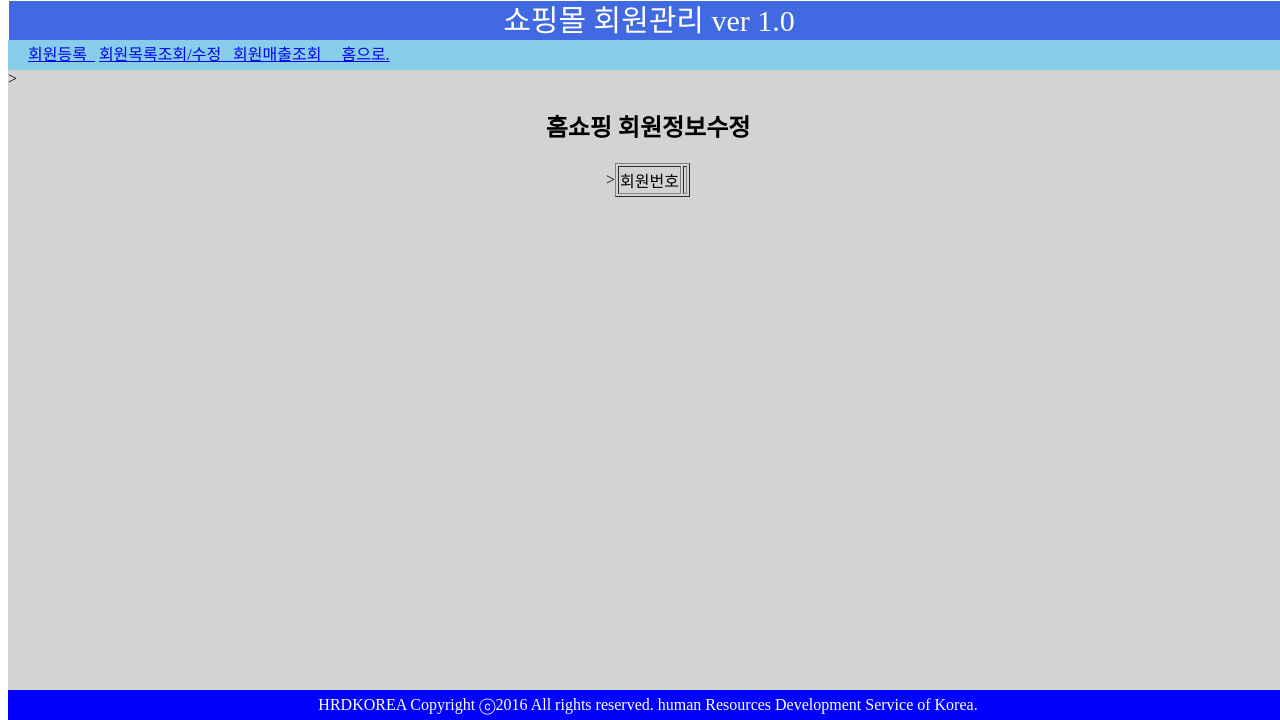
Repository: GotChun/license_practice
Page: http://localhost/HRD_8155/modify.jsp
An editor plug-in stored every save of this project. The page is shown before and after the next save, followed by the edit.
The browser window is 1280 px wide. The pictures show the whole page.
The page is served by Tomcat 9. Other server files are loaded and not shown.

Above is the page before, as saved 2025-02-20 11:31:10.

### HRD_8155/src/main/webapp/modify.jsp
<%@ page language="java" contentType="text/html; charset=UTF-8"
	pageEncoding="UTF-8"%>
<!DOCTYPE html>
<html>
<head>
<meta charset="UTF-8">
<title>Insert title here</title>
</head>
<body>
	<jsp:include page="header.jsp"></jsp:include>

	<section style="position: fixed; top: 70px; width: 100%; height: 100%; background-color: lightgray;">>
			<h2 style="text-align: center;"><b>홈쇼핑 회원정보수정</b>	</h2>

			<form style="display: flex; justify-content: center; align-items: center; text-align: center;">>
			<table border="1">
				<tr>
					<td>회원번호</td>
					<td></td>
				</tr>
			</table>
			</form>

	</section>

	<jsp:include page="footer.jsp"></jsp:include>
</body>
</html>

### HRD_8155/src/main/webapp/header.jsp
<%@ page language="java" contentType="text/html; charset=UTF-8"
    pageEncoding="UTF-8"%>
<!DOCTYPE html>
<html>
<head>
<meta charset="UTF-8">
<title>header</title>
</head>
<body>

	<header style=" position: fixed; top:0px; width: 100%; height:40px;
	 border:1px solid; background-color:royalblue; text-align: center; line-height:40px; font-size:30px; color:white;">쇼핑몰 회원관리 ver 1.0	</header>

	 <nav style="position:fixed; top:40px; width:100%; height:30px; line-height:30px;
	 background-color:skyblue; color:white; padding-left:20px;">
	 <a href="join.jsp">회원등록&nbsp;&nbsp;</a>
	  <a href="list.jsp">회원목록조회/수정&nbsp;&nbsp;  </a>
	  <a href="salary.jsp">회원매출조회&nbsp;&nbsp;&nbsp;&nbsp;  </a>
	  <a href="index.jsp">홈으로. </a>
	 </nav>

</body>
</html>

### HRD_8155/src/main/webapp/footer.jsp
<%@ page language="java" contentType="text/html; charset=UTF-8"
    pageEncoding="UTF-8"%>
<!DOCTYPE html>
<html>
<head>
<meta charset="UTF-8">
<title>footer</title>
</head>
<body>
	 <footer style=" position:fixed; bottom:0px; text-align:center; width:100%; height:30px; background-color:blue; line-height:30px; color:white;">
	 HRDKOREA Copyright ⓒ2016 All rights reserved. human Resources Development Service of Korea. </footer>
</body>
</html>

After the next save:
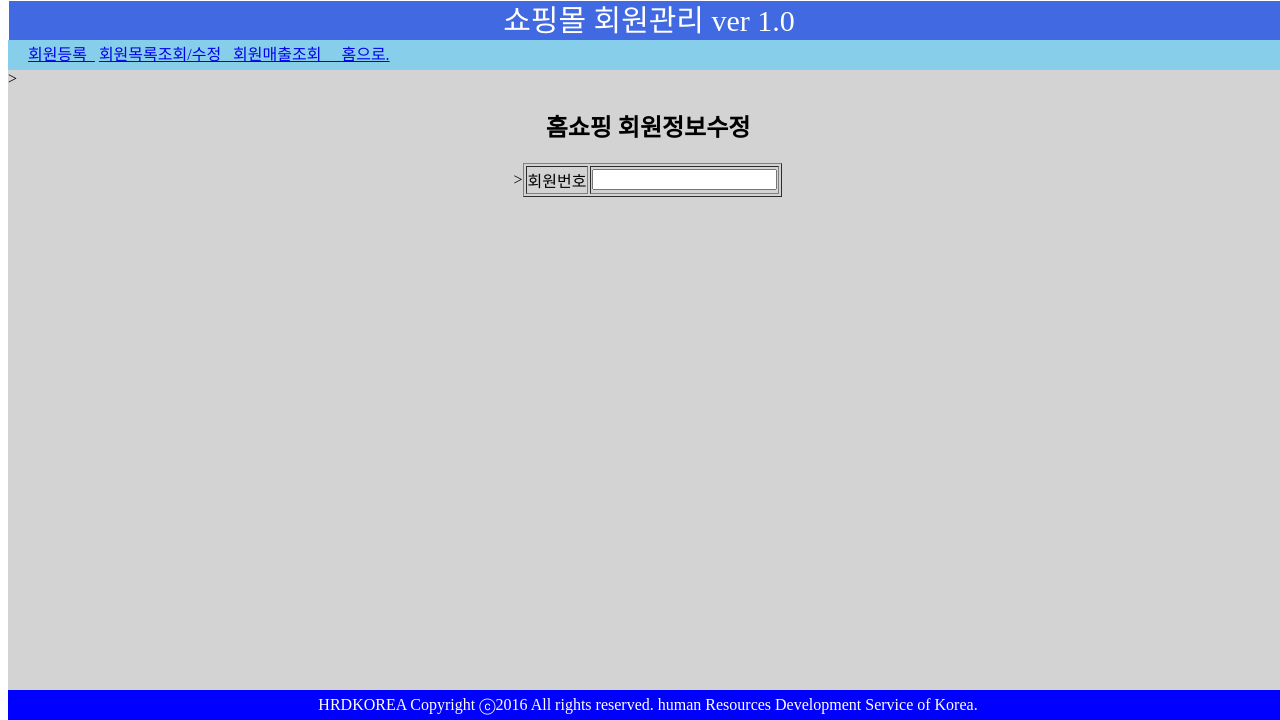
Saved 53 s later.
--- a/HRD_8155/src/main/webapp/modify.jsp
+++ b/HRD_8155/src/main/webapp/modify.jsp
@@ -16,7 +16,7 @@
 			<table border="1">
 				<tr>
 					<td>회원번호</td>
-					<td></td>
+					<td><input type="text" name="custno"></td>
 				</tr>
 			</table>
 			</form>
